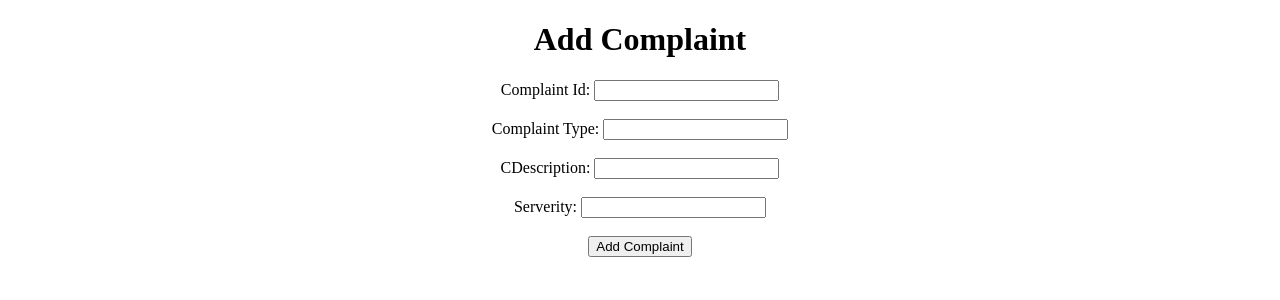
Repository: SatyaPrakash2023/Infinite_Javatraining
Page: http://localhost/ComplaintRegister/AddComplaint.jsp
An editor plug-in stored every save of this project. The page is shown before and after the next save, followed by the edit.
The browser window is 1280 px wide. The pictures show the whole page.
The page is served by Tomcat 9. Other server files are loaded and not shown.

Above is the page before, as saved 2023-10-01 20:08:49.

### Task/Complaint/ComplaintRegister/src/main/webapp/AddComplaint.jsp
<%@page import="com.java.comp.ComplaintDAOImpl"%>
<%@page import="com.java.comp.ComplaintDAO"%>
<%@page import="java.text.SimpleDateFormat"%>
<%@page import="com.java.comp.Complaint"%>
<%@ page language="java" contentType="text/html; charset=ISO-8859-1"
    pageEncoding="ISO-8859-1"%>
<!DOCTYPE html>
<html>
<head>
<meta charset="ISO-8859-1">
<title>Insert title here</title>
</head>
<body>
<form method="get" action="AddComplaint.jsp">
	<center>
	<h1>Add Complaint</h1>
	Complaint Id:
		<input type="text" name="complaintId"/><br><br/>
	Complaint Type:
		<input type="text" name="complaintType"/><br><br/>
	CDescription:
		<input type="text" name="description"/><br><br/>

	Serverity:
		<input type="text" name="serverity"/><br><br/>
		<input type="submit" value="Add Complaint"	/>
	</center>

<%
	if(request.getParameter("complaintId")!=null){
		Complaint comp=new Complaint();
		comp.setComplaintId(request.getParameter("complaintId"));
		comp.setComplaintType(request.getParameter("complaintType"));
		comp.setCDescription(request.getParameter("description"));
		comp.setSeverity(request.getParameter("serverity"));
		ComplaintDAO dao=new ComplaintDAOImpl();
		dao.addComplain(comp);
	}



%>
</form>

</body>
</html>

### Task/Complaint/ComplaintRegister/src/main/java/com/java/comp/ComplaintDAO.java
package com.java.comp;

import java.sql.SQLException;

public interface ComplaintDAO {
	String addComplain(Complaint comp) throws SQLException, ClassNotFoundException;

}

After the next save:
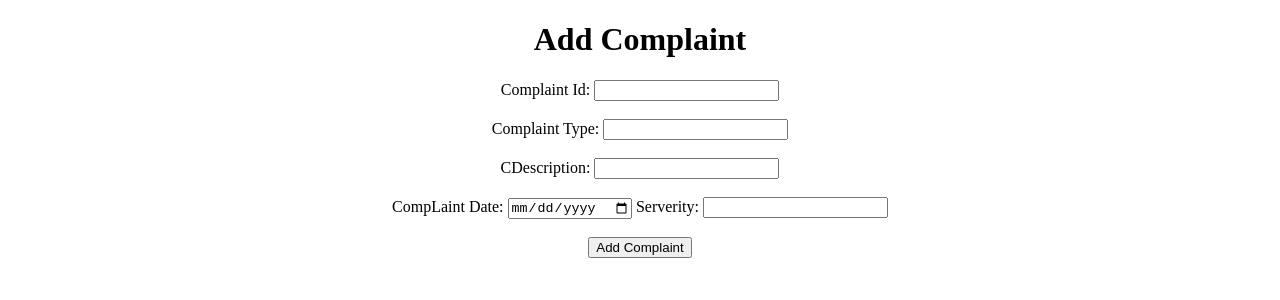
Saved 82 s later.
--- a/Task/Complaint/ComplaintRegister/src/main/webapp/AddComplaint.jsp
+++ b/Task/Complaint/ComplaintRegister/src/main/webapp/AddComplaint.jsp
@@ -20,6 +20,8 @@
 		<input type="text" name="complaintType"/><br><br/>
 	CDescription:
 		<input type="text" name="description"/><br><br/>
+	CompLaint Date:
+		<input type="date"name="datec"/>
 
 	Serverity:
 		<input type="text" name="serverity"/><br><br/>
